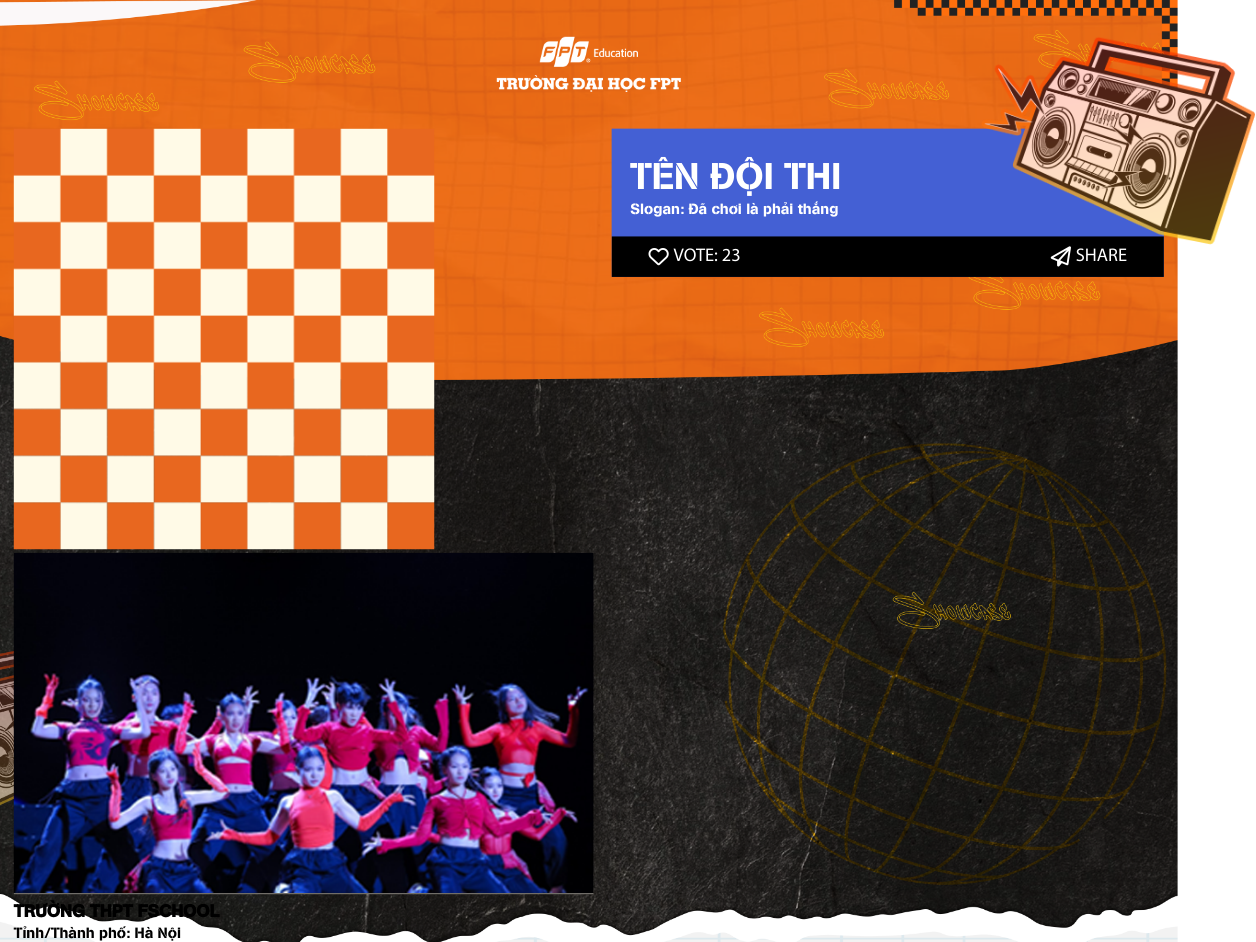
Repository: dinhtri123/hola_fpt
Page: detail.html
These files come from the project's save history. The page is drawn as it stood at one moment and after the next save; the edit follows.
The browser window is 1280 px wide. The page is 1365 px wide, then 1305 px, so the pictures cover 1365 px, including what lies to the right of the window. The pictures show the whole page, at 92% of full size.

Above is the page before, as saved 2025-01-04 22:48:01.

### detail.html
<!DOCTYPE html>
<html lang="en">

<head>
  <meta charset="UTF-8">
  <meta name="viewport" content="width=device-width, initial-scale=1.0">
  <title>Detail</title>
  <link rel="stylesheet" href="styles.css">
  <link rel="stylesheet" href="https://cdnjs.cloudflare.com/ajax/libs/font-awesome/6.7.2/css/all.min.css"
    integrity="sha512-Evv84Mr4kqVGRNSgIGL/F/aIDqQb7xQ2vcrdIwxfjThSH8CSR7PBEakCr51Ck+w+/U6swU2Im1vVX0SVk9ABhg=="
    crossorigin="anonymous" referrerpolicy="no-referrer" />
</head>

<body>
  <section class="detail">
    <img src="./images/detail-bg.png" class="detail-bg" alt="">
    <div class="container">
      <a href="#" class="detail-logo">
        <img src="./images/logo.png" alt="">
      </a>
      <div class="detail-top">
        <div class="detail-top-left">
          <img src="./images/detail-img1.png" class="detail-top-left-bg" alt="">
          <img src="./images/detail-img.png" class="detail-top-left-img" alt="">
          <span>
            <h3>TRƯỜNG THPT FSCHOOL</h3>
            <P>Tỉnh/Thành phố: Hà Nội</P>
          </span>
        </div>
        <div class="detail-top-right">
          <img src="./images/detail-img2.png" alt="">
          <div class="detail-top-right-content">
            <h3>Tên Đội Thi</h3>
            <p>Slogan: Đã chơi là phải thắng</p>
          </div>
          <div class="news-item-action">
            <div class="vote">
              <i class="fa-regular fa-heart"></i>
              <span>VOTE: 23</span>
            </div>
            <div class="share">
              <i class="fa-regular fa-paper-plane"></i>
              SHARE
            </div>
          </div>
        </div>
      </div>
    </div>
  </section>
</body>

</html>

### styles.css
@font-face {
  font-family: "Myriad Pro";
  src: url("./fonts/MYRIADPRO-REGULAR.ttf") format("truetype");
}
@font-face {
  font-family: "SFUAGBuchStencilBQMedium";
  src: url("./fonts/SFUAGBuchStencilBQMedium.ttf") format("truetype");
  font-weight: normal;
  font-style: normal;
}
:root {
  --font-primary: "SFUAGBuchStencilBQMedium", sans-serif;
  --font-secondary: "Myriad Pro", sans-serif;
  --cl-white: #fff;
}
* {
  box-sizing: border-box;
  padding: 0;
  margin: 0;
}
body {
  font-family: var(--font-primary);
  font-size: 16px;
  font-weight: 400;
}
.container {
  max-width: 1630px;
  padding-left: 15px;
  padding-right: 15px;
  margin: 0px auto;
}
.sm {
  display: none !important;
}
.md {
  display: flex !important;
}
img {
  max-width: 100%;
  height: auto;
  object-fit: cover;
}
.intro > div {
  position: relative;
}
.intro-top {
  z-index: 1;
}
.intro-bg {
  position: absolute;
  width: 100%;
  height: 100%;
  top: 0;
  left: 0;
  z-index: -1;
  object-position: bottom;
}
.intro-inner {
  padding-top: 50px;
  text-align: center;
  z-index: 1;
}
.intro-logo {
  max-width: 280px;
}
.intro-title {
  margin-top: 30px;
}
.intro-title-small {
  margin-top: -60px;
  z-index: -1;
  position: relative;
}
.intro-btn {
  background: linear-gradient(to right, #e24103, #e66715);
  border-radius: 50px;
  border: 2px solid var(--cl-white);
  font-size: 54px;
  padding: 10px 100px 15px;
  color: var(--cl-white);
  text-transform: uppercase;
  font-family: var(--font-primary);
  line-height: 1;
  width: max-content;
  min-height: 80px;
  transform: translateY(30px);
}
.intro-bottom {
  padding-top: 180px;
  margin-top: -80px;
  text-align: center;
  padding-bottom: 100px;
}
.intro-bottom-desc {
  position: relative;
  padding: 220px 120px;
}
.intro-bottom-desc img {
  position: absolute;
  top: 0;
  left: 0;
  width: 100%;
  height: 100%;
  z-index: -1;
  object-fit: contain;
}
.intro-bottom-desc p {
  padding: 100px 50px;
  background: rgba(0, 0, 0, 0.5);
  color: var(--cl-white);
  font-family: var(--font-secondary);
  font-size: 30px;
  line-height: 1.4;
}
.intro-bottom .intro-btn {
  margin-top: -50px;
  transform: translateY(-40px);
}
/* reward */
.reward {
  position: relative;
}
.reward-bg {
  position: absolute;
  top: 0;
  left: 0;
  width: 100%;
  height: 100%;
}
.reward-inner {
  padding: 100px 0px;
  position: relative;
}
.time {
  position: relative;
  padding: 100px 0px 40px;
}
.time-bg {
  position: absolute;
  top: 0;
  left: 0;
  width: 100%;
  height: 100%;
  z-index: -1;
  object-position: bottom;
}
.time h2 {
  text-align: center;
  margin-top: 80px;
  margin-bottom: 50px;
}
.time-search {
  max-width: 80%;
  width: 100%;
  position: relative;
  min-height: 70px;
  padding: 10px;
  display: flex;
  align-items: center;
  border: 2px solid #f15a24;
  border-radius: 50px;
  margin: 0px auto;
}
.time-search input {
  flex: 1;
  width: 100%;
  height: 100%;
  background: transparent;
  border: none;
  outline: none;
  min-height: inherit;
  padding: 5px 20px;
  font-family: var(--font-secondary);
  font-size: 30px;
  color: var(--cl-white);
}
.time-search input::placeholder {
  color: var(--cl-white);
}
.time-search span {
  display: flex;
  width: max-content;
  height: 100%;
  background: linear-gradient(to right, transparent, #5e321a);
  align-items: center;
  min-height: inherit;
  padding: 5px 30px;
  text-transform: uppercase;
  color: var(--cl-white);
  font-size: 30px;
  border-radius: 50px;
  cursor: pointer;
}
.footer {
  margin-top: 100px;
}
.footer-top {
  display: flex;
  justify-content: space-between;
  align-items: flex-end;
  border-bottom: 1px solid var(--cl-white);
  padding: 10px 0px;
}
.footer-top p {
  font-family: var(--font-secondary);
  font-size: 24px;
  color: var(--cl-white);
}
.footer-social {
  display: flex;
  gap: 10px;
  align-items: center;
}
.footer-social a {
  width: 60px;
  height: 60px;
  border-radius: 8px;
  background-color: #f37021;
  color: var(--cl-white);
  display: flex;
  align-items: center;
  justify-content: center;
  text-decoration: none;
}
.footer-social a i {
  font-size: 24px;
}
.footer-main {
  margin-top: 50px;
  text-align: center;
  color: var(--cl-white);
  font-family: var(--font-secondary);
}
.footer-logo {
  margin-bottom: 20px;
  display: block;
}
.footer address {
  font-size: 28px;
  margin-bottom: 5px;
}
.footer-main a {
  display: block;
  text-align: center;
  color: var(--cl-white);
  text-decoration: none;
  font-size: 24px;
  margin: 0px auto 5px;
  width: fit-content;
}
.news-list {
  display: grid;
  grid-template-columns: repeat(3, 1fr);
  justify-content: space-between;
  margin-top: 100px;
  gap: 50px;
  padding-bottom: 50px;
}
.news-item {
  max-width: 460px;
}
.news-item-top {
  position: relative;
  padding: 52px;
}
.news-item-bg {
  position: absolute;
  z-index: -1;
  top: 0;
  left: 0;
  width: 100%;
}
.news-top-content {
  background-color: #4460d4;
  color: var(--cl-white);
  padding: 18px;
  width: 86%;
  transform: translateY(-4px);
}
.news-top-content h3 {
  font-size: 32px;
  text-transform: uppercase;
  font-weight: 500;
}
.news-top-content p {
  font-size: 16px;
  font-weight: 500;
}
.news-item-bottom {
  background: #000;
  margin-top: -5px;
  color: var(--cl-white);
  border-bottom-left-radius: 12px;
  border-bottom-right-radius: 10px;
}
.news-item-desc {
  position: relative;
  transform: translateY(-25px);
}
.news-item-desc::before {
  content: "";
  position: absolute;
  top: 0;
  left: 0;
  background-image: url("./images/news-img2.png");
  background-repeat: no-repeat;
  width: 100%;
  height: 100%;
  background-size: 100% 100%;
  transform: scaleX(1.03) scaleY(1.5);
}
.news-item-desc p {
  max-width: 80%;
  margin: 0px auto;
  z-index: 1;
  font-size: 12px;
  position: relative;
  padding: 5px 0px;
  transform: rotate(-4deg);
  font-weight: 600;
  font-family: var(--font-secondary);
  color: #3b382b;
}
.news-item-desc p b {
  font-family: var(--font-primary);
  text-transform: uppercase;
}
.news-item-action {
  display: flex;
  justify-content: space-between;
  align-items: center;
  max-width: 80%;
  margin: 0px auto;
  padding: 10px 0px;
  font-size: 20px;
  font-family: var(--font-secondary);
}
.news-item-action > div {
  display: flex;
  gap: 5px;
  align-items: center;
  cursor: pointer;
}
.news-item-action > div i {
  font-size: 22px;
}

/* detail */
.detail {
  position: relative;
  font-family: var(--font-primary);
}
.detail-bg {
  position: absolute;
  top: 0;
  left: 0;
  width: 100%;
  height: 100%;
  z-index: -1;
  object-position: top;
}
.detail-logo {
  max-width: 200px;
  margin: 0px auto 40px;
  display: flex;
  padding-top: 40px;
}
.detail-top {
  display: flex;
  gap: 20px;
}
.detail-top-left {
  flex: 1;
}
.detail-top-right {
  max-width: 600px;
  position: relative;
  color: var(--cl-white);
  background-color: #4460d4;
  width: 100%;
  height: max-content;
}
.detail-top-right > img {
  position: absolute;
  top: -100px;
  right: -100px;
}
.detail-top-right-content {
  background-color: #4460d4;
  padding: 20px;
}
.detail-top-right h3 {
  font-size: 40px;
  text-transform: uppercase;
  font-weight: 500;
}
.detail-top-right p {
  font-size: 16px;
}
.detail .news-item-action {
  background-color: #000;
  max-width: 100%;
  padding: 10px 40px;
}

@media screen and (max-width: 1280px) {
  .news-list {
    grid-template-columns: repeat(2, 1fr);
  }
}
@media screen and (max-width: 1024px) {
  .intro-bottom-desc {
    padding: 100px 20px;
  }
  .intro-bottom-desc p {
    padding: 50px;
  }
  .news-top-content h3 {
    font-size: 20px;
  }
  .news-item-top {
    padding: 40px;
  }
  .news-list {
    gap: 40px;
  }
  .footer {
    margin: 0;
  }
}
@media screen and (max-width: 767px) {
  .sm {
    display: flex !important;
  }
  .md {
    display: none !important;
  }
  .intro-btn {
    padding: 10px 20px;
    min-height: auto;
    font-size: 16px;
  }
  .intro-bottom-desc p {
    padding: 20px;
    font-size: 16px;
  }
  .intro-logo {
    max-width: 120px;
    margin: 0px auto;
    display: flex;
  }
  .intro-inner .intro-bg {
    object-position: top;
    object-fit: fill;
  }
  .intro-inner {
    padding-top: 40px;
  }
  .intro-title-small {
    display: none;
  }
  .intro-inner .intro-btn {
    transform: translateY(20px);
  }
  .intro-title {
    max-width: 90%;
    margin: 30px auto 0px;
  }
  .intro-bottom {
    padding-top: 130px;
  }
  .intro-bottom > div > img:nth-child(3) {
    max-width: 80%;
  }
  .intro-bottom-desc {
    padding: 0px;
  }
  /* .intro-bottom-desc img {
    transform: scale(1.1);
  } */
  .intro-bottom .intro-btn {
    margin-top: 10px;
    transform: translateY(0px);
  }
  .time {
    padding: 40px 0px;
  }
  .time h2 {
    margin: 40px 0px 20px;
  }
  .time-search {
    max-width: 100%;
    min-height: 40px;
    padding: 5px;
  }
  .time-search input {
    font-size: 16px;
  }
  .time-search span {
    font-size: 14px;
    padding: 5px 10px;
    gap: 5px;
  }
  .time-search input {
    font-size: 16px;
    padding: 0px 10px;
  }
  .news-list {
    gap: 15px;
  }
  .news-item-top {
    padding: 5px;
  }
  .news-top-content {
    padding: 10px;
  }
  .news-top-content h3 {
    font-size: 12px;
  }
  .news-top-content p {
    font-size: 8px;
    font-weight: 500;
  }
  .news-item-desc p {
    font-size: 8px;
    max-width: 90%;
    transform: rotate(-8deg);
  }
  .news-item-desc::before {
    transform: scaleX(1.03) scaleY(1.4);
  }
  .news-item-action,
  .news-item-action > div i {
    font-size: 10px;
  }
  .news-item-bg {
    height: 100%;
  }
  .news-item-desc {
    transform: translateY(-6px) rotate(2deg);
  }
  .news-list {
    position: relative;
    padding-bottom: 80px;
    margin-top: 40px;
  }
  .news-list::before {
    content: "";
    position: absolute;
    top: 100px;
    left: -15px;
    background-image: url(./images/news-list-bg.png);
    background-repeat: no-repeat;
    background-size: cover;
    width: calc(100% + 30px);
    height: 95%;
    z-index: -1;
  }
  .footer {
    margin-top: 40px;
  }
  .footer-top p {
    font-size: 12px;
    max-width: 50%;
  }
  .footer-social a {
    width: 30px;
    height: 30px;
    border-radius: 4px;
  }
  .footer-social a i {
    font-size: 14px;
  }
  .footer-logo {
    max-width: 120px;
  }
  .footer-main h3 {
    max-width: 80%;
    margin: 0px auto;
  }
  .footer address {
    font-size: 14px;
  }
  .footer-main a {
    font-size: 14px;
  }
  .footer-main {
    margin-top: 20px;
  }
}

After the next save:
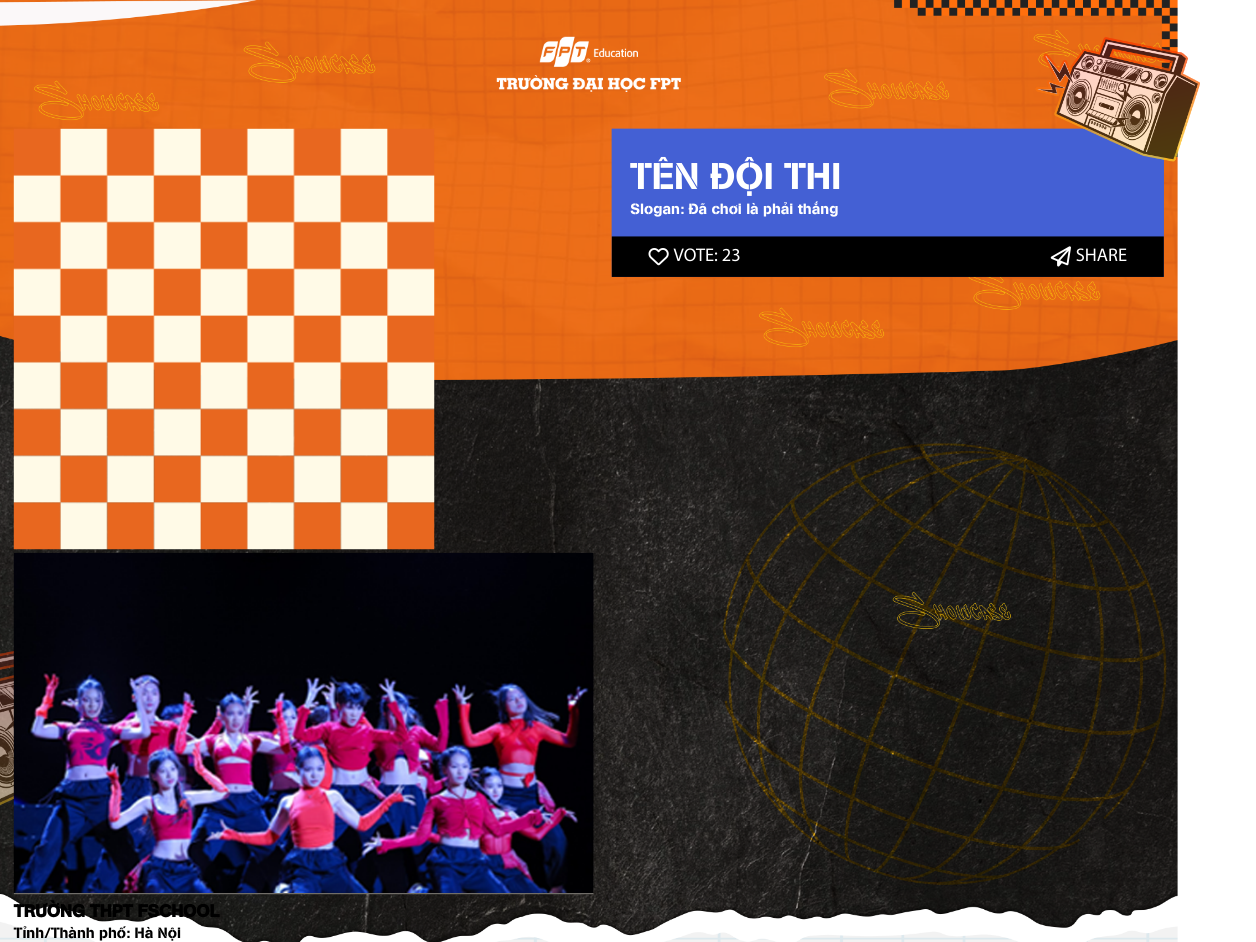
Saved 69 s later.
--- a/styles.css
+++ b/styles.css
@@ -383,7 +383,8 @@
 .detail-top-right > img {
   position: absolute;
   top: -100px;
-  right: -100px;
+  right: -40px;
+  width: 180px;
 }
 .detail-top-right-content {
   background-color: #4460d4;
